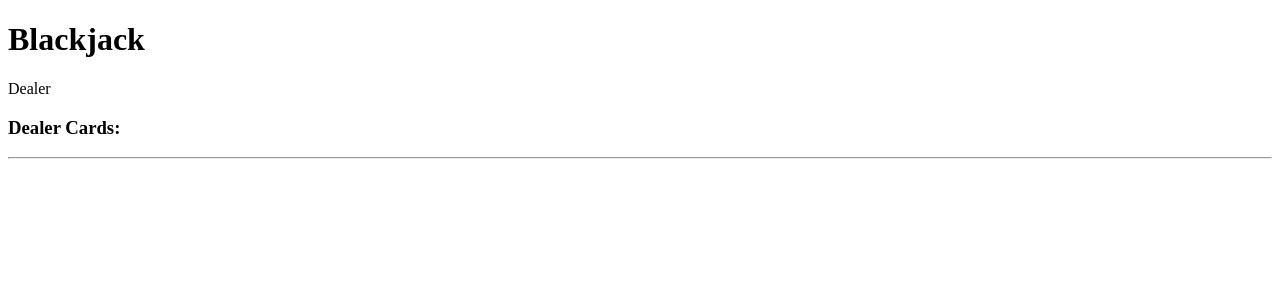
Repository: filiptodoric/blackjack-eclipse
Page: blackjack/WebContent/index.html
The author's editor kept a copy of each file at every save. The page is drawn from the files as they stood at one save, then again after the next save.
The browser window is 1280 px wide. The pictures show the whole page.
Some web libraries are served in a nearby version.

Above is the page before, as saved 2015-11-07 03:25:24.

### blackjack/WebContent/index.html
<!DOCTYPE html>
<html>
<head>
<meta charset="UTF-8">
<title>Blackjack</title>
</head>
<script src="https://ajax.googleapis.com/ajax/libs/jquery/2.1.3/jquery.min.js"></script>
<script src="../blackjack/deck.js"></script>
<script>

	var index = 0;
	var deck = getDeck();
	function deal() {
		return deck[index];
	}

	function change() {
		var card = deal();
		$("#dealer-cards").html(card);
	}
</script>
<body>
<h1>Blackjack</h1>
  <div id="dealer">Dealer
  	<h3>Dealer Cards:</h3>
  	<div id="dealer-cards">

  	</div>
  </div>
  <hr>
</body>
</html>

### blackjack/WebContent/deck.js
/**
 *
 */
function createDeck() {
	var newDeck = [];
	var usedCards = [];
	var deckIndex = 0;
	for (var x = 0; x <= 3; x++) {
		for (var i = 1; i < 14; i++) {
			newDeck[deckIndex] = i;
			deckIndex++
		}
	}
	return newDeck;
}

function shuffle(array) {
	for (var j, x, i = array.length; i; j = Math.floor(Math.random() * i), x = array[--i], array[i] = array[j], array[j] = x);
	return array;
}

function getDeck()	{
	return shuffle(createDeck());
}

After the next save:
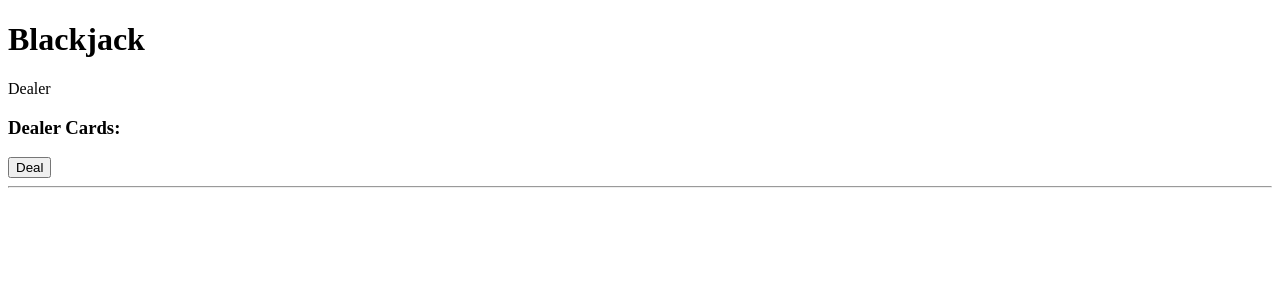
Saved 48 s later.
--- a/blackjack/WebContent/index.html
+++ b/blackjack/WebContent/index.html
@@ -23,6 +23,7 @@
 <h1>Blackjack</h1>
   <div id="dealer">Dealer
   	<h3>Dealer Cards:</h3>
+  	<button onclick="change()">Deal</button>
   	<div id="dealer-cards">
 
   	</div>
